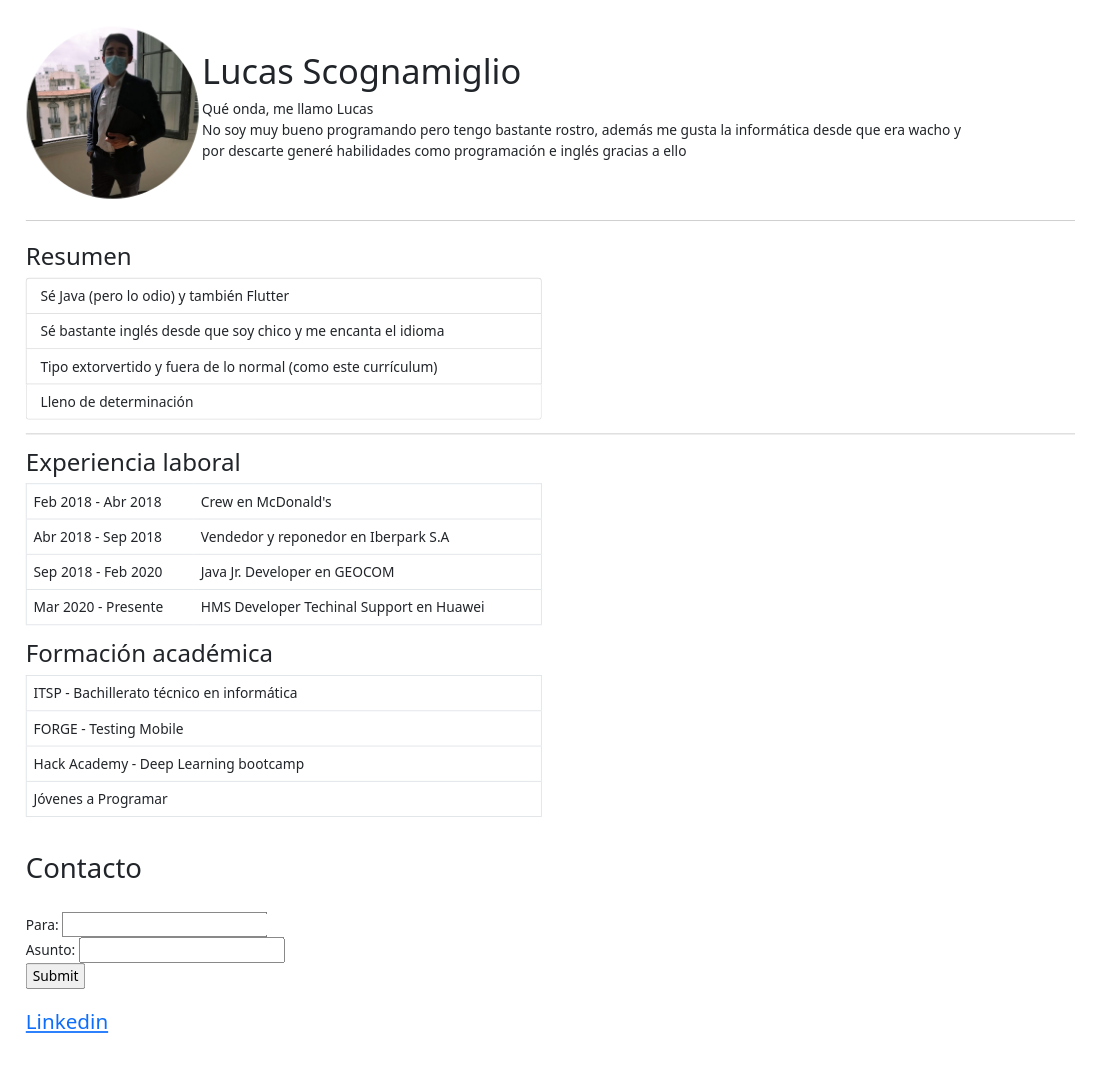
Repository: ScoggoDev/DesarrolloWeb
Page: tarea en equipo 1/cv.html
An editor plug-in stored every save of this project. The page is shown before and after the next save, followed by the edit.
The browser window is 1280 px wide. The pictures show the whole page, at 86% of full size.

Above is the page before, as saved 2021-07-12 09:57:17.

After the next save:
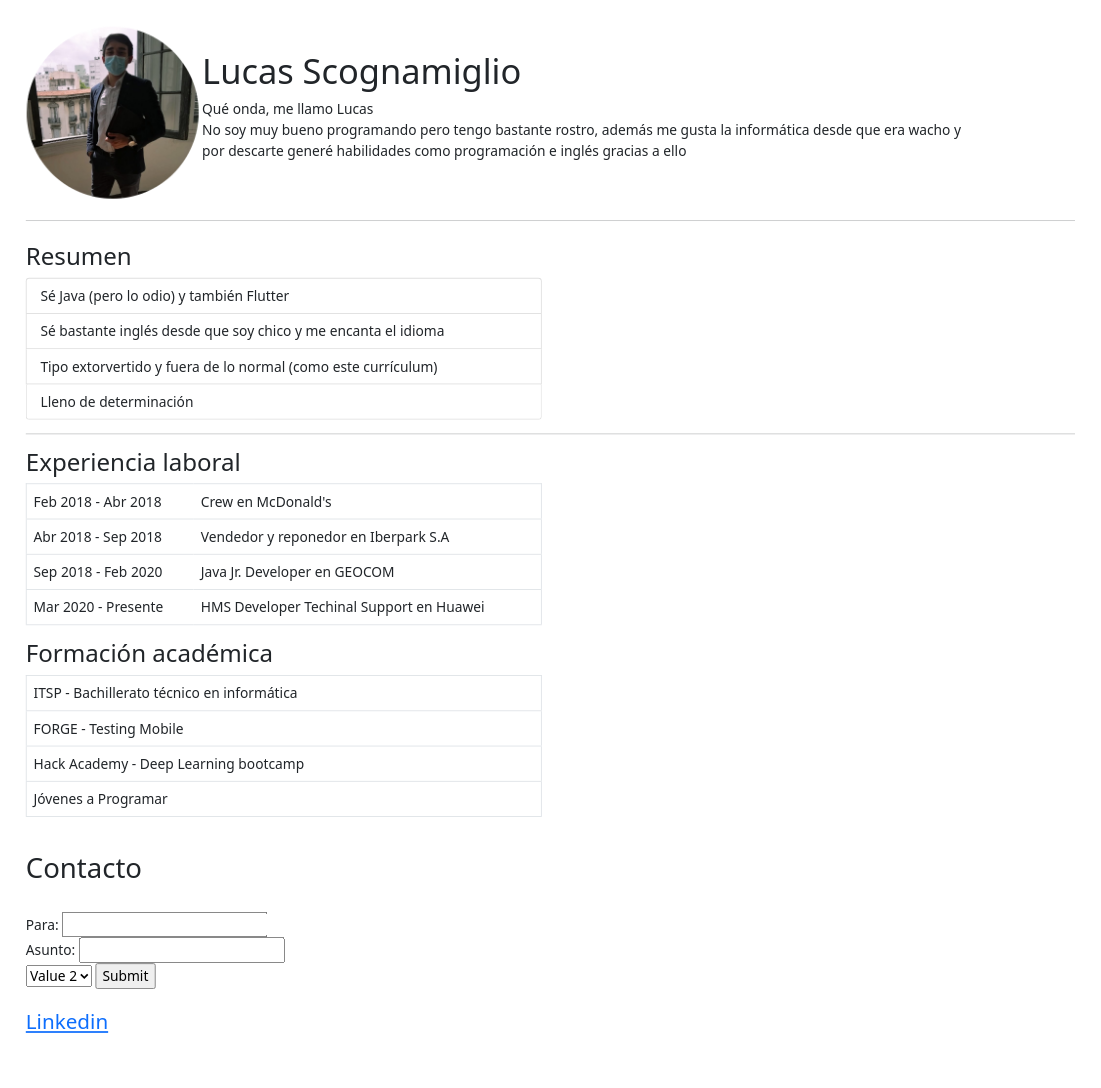
Saved 43 s later.
--- a/tarea en equipo 1/cv.html
+++ b/tarea en equipo 1/cv.html
@@ -69,6 +69,11 @@
       <input type="text" id="fname" name="fname"><br>
       <label for="lname">Asunto:</label>
       <input type="text" id="lname" name="lname"><br>
+      <select name="select">
+        <option value="value1">Value 1</option>
+        <option value="value2" selected>Value 2</option>
+        <option value="value3">Value 3</option>
+      </select>
       <input type="submit" value="Submit">
     </form>
     <br>
